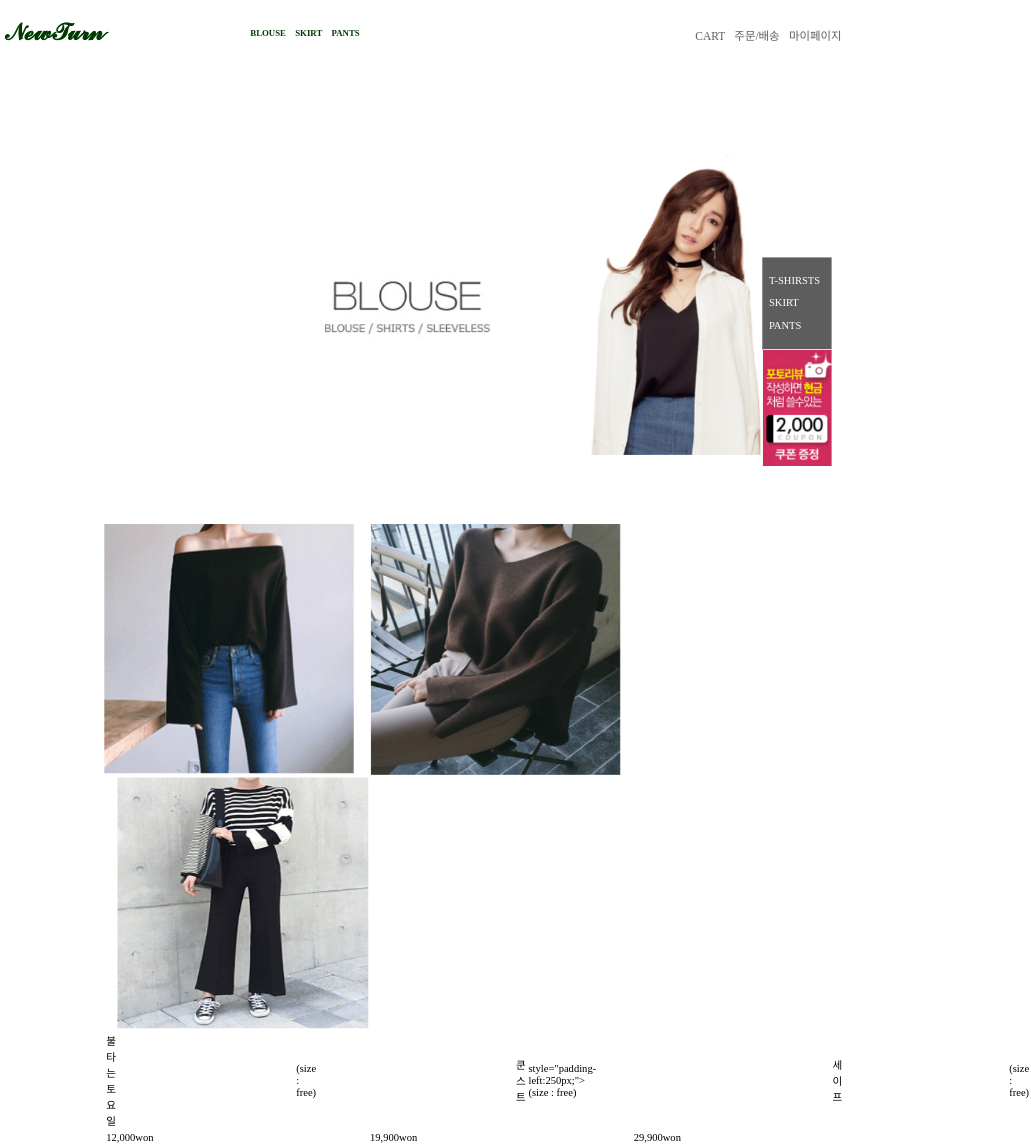
Repository: won0108/Port-Folio
Page: Creating_Homepage/Shopping/WebContent/top.html
These files come from the project's save history. The page is drawn as it stood at one moment and after the next save; the edit follows.
The browser window is 1280 px wide. The page is 1562 px wide, then 1456 px, so the pictures cover 1562 px, including what lies to the right of the window. The pictures show the whole page, at 66% of full size.

Above is the page before, as saved 2020-12-03 08:00:00.

### Creating_Homepage/Shopping/WebContent/top.html
<!DOCTYPE html>
<html>
<head>  <!--웹페이지에 대한 정보를 제공한다.-->
 <title> New Turn </title>  <!--탭에 New Turn을 나타낸다.-->
<style>

 	@font-face{
 	font-family:"My Font";
 	src: url("fontstyle/ENCOSCPT.TTF");
	}
 	h1{
   	color:#003900;
   	position:fixed;
   	top: 0px;
   	left:10px;
   	font-family:"My Font", serif;
   	font-size: 30pt;
   	}
	#infor{
	position:fixed;
	top:40px; right:0px;
	}
	#infor a{
	text-decoration:none;
	color:#5D5D5D;
	font-size:13pt;
	display: inline;
	padding :5px;
	}
	#infor a:hover{
	tex-decoration:underline;
	color: black;
	text-weight:bold;
	}
	#categ{
	position:fixed;
	top:25px; right:730px;
	}
	#categ ul li{
	display: inline;
	}
	#categ ul li a{
	text-decoration:none;
	color:#003900;
	font-size:10pt;
	font-weight:bold;
	text-transform:uppercase;
	padding :5px;
	}
	#categ ul li a:hover{
	tex-decoration:underline; color: black;
	}
	#main{
   	position:relative;
   	top: 300px; margin-left:150px;
   }
</style>
</head>
<body>
	<h1> NewTurn </h1>
	<div id="infor">
		<a href="">CART</a>
		<a href="">주문/배송</a>
		<a href="마이페이지.html">마이페이지</a>
	</div>
	<div id="categ">
		<ul>
			<li><a href="top.html">BLOUSE</a></li>
			<li><a href="skirt.html">SKIRT</a></li>
			<li><a href="pants.html">PANTS</a></li>
		</ul>
	</div>
	<img style="position:relative; top: 200px; left:450px;" src="images/티파니.PNG"><br>
	<div id="main">
			<img src="images/티셔츠1.PNG" width="380" height="380">
			<img src="images/티셔츠2.PNG" width="380" height="380" style="padding-left:20px;">
			<img src="images/티셔츠3.PNG" width="380" height="380" style="padding-left:20px;">
			<table>
				<tr>
					<td>불타는 토요일</td>
					<td style="padding-left:270px;">(size : free)</td>
					<td style="padding-left: 300px;">쿤스트</td>
					<td> style="padding-left:250px;">(size : free)</td>
					<td style="padding-left: 355px;">세이프</td>
					<td style="padding-left:250px;">(size : free)</td>


			    </tr>
			</table>

		<table>
			<tr>
		    	<td>12,000won</td>
		    	<td style="padding-left: 325px;">19,900won</td>
		    	<td style="padding-left: 325px;">29,900won</td>
		    </tr>
		</table>
		</div>

<div style="background-color:#5D5D5D;
width:85px; height:120px; right:20px; bottom:190px;
color:white; display:block; position:fixed; padding:10px;">
<p>T-SHIRSTS</p>
<p>SKIRT</p>
<p>PANTS</p>
</div>
<div style=" display:block; position:fixed; right:20px; bottom:10px;">
<img src="쿠폰.png"></div>

</body>
</html>

After the next save:
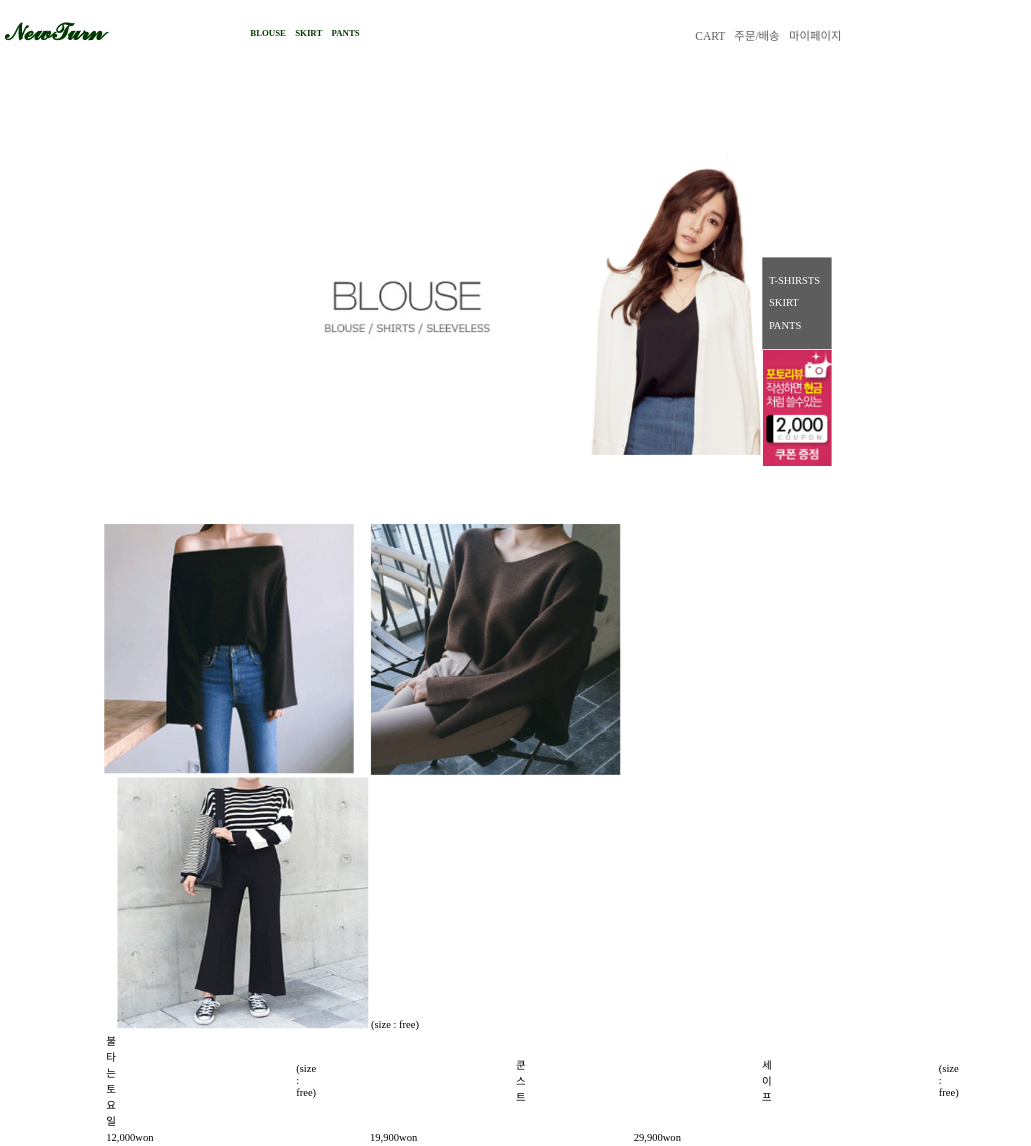
Saved 21 s later.
--- a/Creating_Homepage/Shopping/WebContent/top.html
+++ b/Creating_Homepage/Shopping/WebContent/top.html
@@ -80,7 +80,7 @@
 					<td>불타는 토요일</td>
 					<td style="padding-left:270px;">(size : free)</td>
 					<td style="padding-left: 300px;">쿤스트</td>
-					<td> style="padding-left:250px;">(size : free)</td>
+					<tdstyle="padding-left:250px;">(size : free)</td>
 					<td style="padding-left: 355px;">세이프</td>
 					<td style="padding-left:250px;">(size : free)</td>
 
